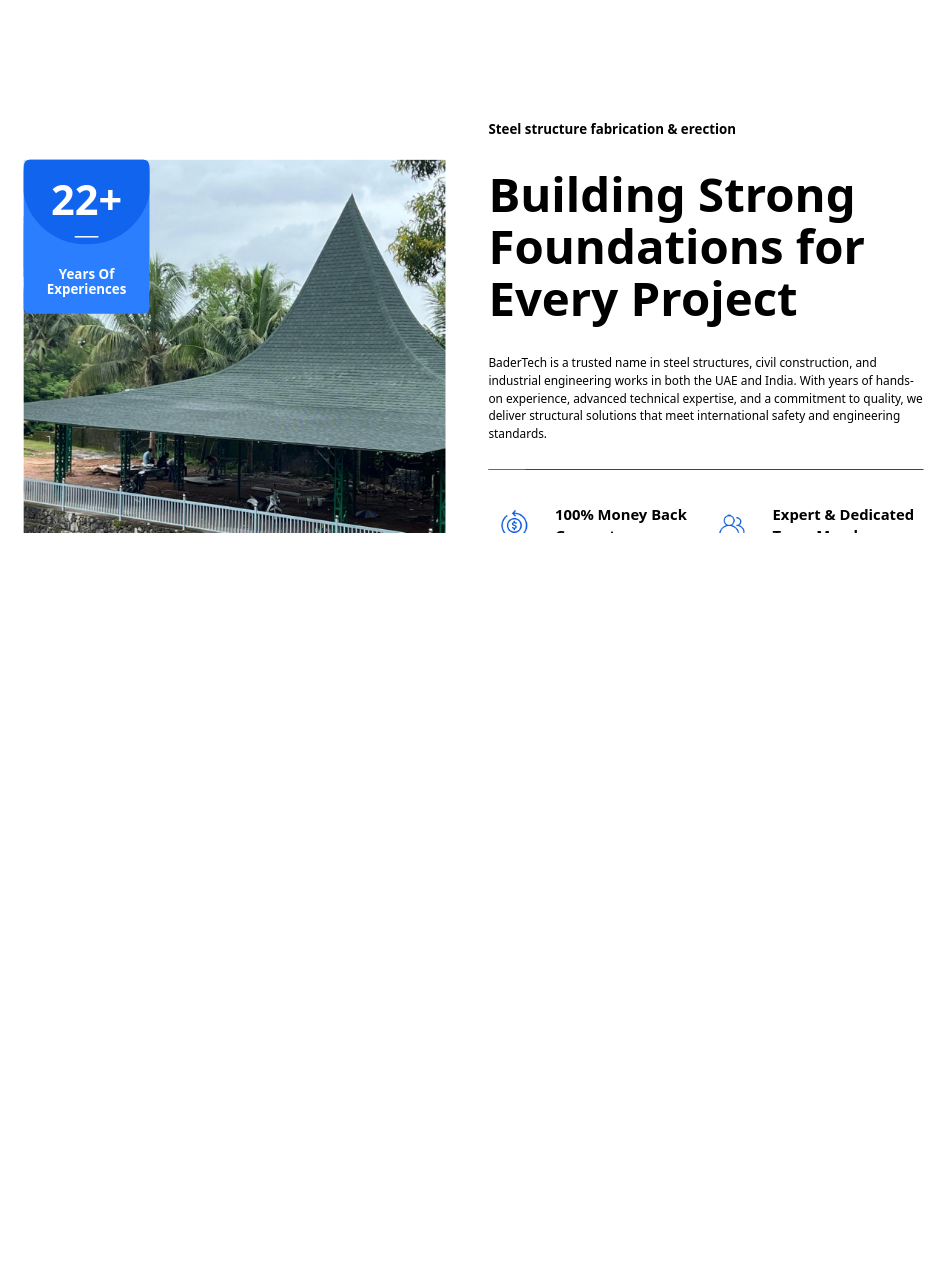
Repository: codenikin/uniquebader
Page: /awards
An editor plug-in stored every save of this project. The page is shown before and after the next save, followed by the edit.
The browser window is 1280 px wide. The pictures show the whole page, at 74% of full size.
The project was rebuilt for these pictures with package versions that can differ from the ones it lists, and the page was loaded fresh each time. The framework's server and built-in components were replaced by stand-ins that run in the browser. Also part of the build but not shown: next.config.mjs.

Above is the page before, as saved 2025-11-30 12:48:24.

### src/app/(frontend)/layout.tsx
import React from 'react'
// @ts-ignore: allow side-effect CSS import without type declarations
import './styles.css'
import { Providers } from '@/providers'
import { HeaderClient } from '../Header/component'

export const metadata = {
  description: 'A blank template using Payload in a Next.js app.',
  title: 'Payload Blank Template',
}

export default async function RootLayout(props: { children: React.ReactNode }) {
  const { children } = props

  return (
    <html lang="en">
      <body>
        <HeaderClient />
        <div id="smooth-wrapper">
          <div id="smooth-content">
            <Providers>{children}</Providers>
          </div>
        </div>
      </body>
    </html>
  )
}

### src/app/(frontend)/awards/page.tsx
import { Certificate } from '@/components/Certificate'
import Certificates from '@/components/CertificateZoom'
import FeatureSection from '@/components/FeatureSection'
export const dynamic = 'force-dynamic'
export default async function AwardPage() {
  return (
    <>
      <FeatureSection />
      <Certificate />
    </>
  )
}

### src/app/(frontend)/styles.css
@import 'tailwindcss';

.codenik {
  padding: 20px;
  position: relative;
  min-height: 100vh;
}
.unique {
  padding: 20px;
  position: relative;
  min-height: 100vh;
}
html,
body,
#app {
  height: 100%;
}

img {
  max-width: 100%;
  height: auto;
  display: block;
}

h1 {
  margin: 40px 0;
  font-size: 64px;
  line-height: 70px;
  font-weight: bold;

  @media (max-width: 1024px) {
    margin: 24px 0;
    font-size: 42px;
    line-height: 42px;
  }

  @media (max-width: 768px) {
    font-size: 38px;
    line-height: 38px;
  }

  @media (max-width: 400px) {
    font-size: 32px;
    line-height: 32px;
  }
}

p {
  margin: 24px 0;

  @media (max-width: 1024px) {
    margin: calc(var(--base) * 0.75) 0;
  }
}

a {
  color: currentColor;

  &:focus {
    opacity: 0.8;
    outline: none;
  }

  &:active {
    opacity: 0.7;
    outline: none;
  }
}

svg {
  vertical-align: middle;
}

.home {
  display: flex;
  flex-direction: column;
  justify-content: space-between;
  align-items: center;
  height: 100vh;
  padding: 45px;
  max-width: 1024px;
  margin: 0 auto;
  overflow: hidden;

  @media (max-width: 400px) {
    padding: 24px;
  }

  .content {
    display: flex;
    flex-direction: column;
    align-items: center;
    justify-content: center;
    flex-grow: 1;

    h1 {
      text-align: center;
    }
  }

  .links {
    display: flex;
    align-items: center;
    gap: 12px;

    a {
      text-decoration: none;
      padding: 0.25rem 0.5rem;
      border-radius: 4px;
    }

    .admin {
      color: rgb(0, 0, 0);
      background: rgb(1000, 1000, 1000);
      border: 1px solid rgb(0, 0, 0);
    }

    .docs {
      color: rgb(1000, 1000, 1000);
      background: rgb(0, 0, 0);
      border: 1px solid rgb(1000, 1000, 1000);
    }
  }

  .footer {
    display: flex;
    align-items: center;
    gap: 8px;

    @media (max-width: 1024px) {
      flex-direction: column;
      gap: 6px;
    }

    p {
      margin: 0;
    }

    .codeLink {
      text-decoration: none;
      padding: 0 0.5rem;
      background: rgb(60, 60, 60);
      border-radius: 4px;
    }
  }
}

### src/providers/index.tsx
import React from 'react'
import { ThemeLayoutAnimation } from './ThemeLayoutAnimation'

export const Providers: React.FC<{
  children: React.ReactNode
}> = ({ children }) => {
  return <ThemeLayoutAnimation>{children}</ThemeLayoutAnimation>
}

### src/app/Header/component.tsx
'use client'

export const HeaderClient: React.FC = () => {
  return (
    <header className="fixed top-0 left-0 right-0 w-full z-50 bg-white dark:bg-gray-900 shadow-lg transition-transform duration-300"></header>
  )
}

### src/components/Certificate.tsx
'use client'
import { useState } from 'react'

const certificate = [
  {
    title: 'Transportation',
    description:
      'Our transportation solutions help cities and companies improve safety, reduce congestion, and provide better services to their customers.',
    image: '/certificate/4-1.jpg',
    link: '/transportation',
  },
  {
    title: 'Critical Infrastructure',
    description:
      'Our solutions help protect critical infrastructure from cyber attacks and other threats, ensuring that essential services are always available.',
    image: '/certificate/5-1.jpg',
    link: '/Critical-Infrastructure/critical-infrastructure',
  },
  {
    title: 'Traffic',
    description:
      'Our traffic management solutions help reduce congestion, improve safety, and make transportation more efficient for everyone.',
    image: '/certificate/6.jpg',
    link: '/Traffic/traffic',
  },
]

export const Certificate: React.FC = (props) => {
  const [zoomedImage, setZoomedImage] = useState<string | null>(null)

  return (
    <section className="py-2 px-4 bg-white mt-32">
      <div className="max-w-7xl mx-auto">
        <h2 className="text-5xl font-anton text-center text-gray-900 mb-16 animate-fade-in relative">
          Our Certificates
          <span className="block w-24 h-1 bg-linear-to-r from-purple-500 to-pink-500 mx-auto mt-4"></span>
        </h2>

        <div className="grid grid-cols-1 md:grid-cols-2 lg:grid-cols-3 gap-10 mt-32 mb-32">
          {certificate.map((solution, index) => (
            <div
              key={index}
              className="group relative overflow-hidden rounded-xl shadow-2xl transform transition-all duration-500 hover:scale-105 hover:shadow-purple-500/25 cursor-pointer"
              onClick={() => setZoomedImage(solution.image)}
            >
              <div className="relative h-[600px] sm:h-[450px] w-full  rounded-b-2xl">
                <img
                  src={solution.image}
                  alt={solution.title}
                  className="w-full h-full object-contain transition-transform duration-700 group-hover:scale-102"
                />
                <div className="absolute inset-0 bg-blue-500 transparent opacity-5 group-hover:opacity-50 transition-opacity duration-500"></div>
              </div>
            </div>
          ))}
        </div>
      </div>

      {/* Zoom Modal */}
      {zoomedImage && (
        <div
          className="fixed inset-0 bg-black bg-opacity-75 flex items-center justify-center z-50 p-4"
          onClick={() => setZoomedImage(null)}
        >
          <div className="relative max-w-4xl max-h-[90vh] flex items-center justify-center">
            <img
              src={zoomedImage}
              alt="Zoomed certificate"
              className="max-w-full max-h-screen object-contain"
              onClick={(e) => e.stopPropagation()}
            />
            <button
              onClick={() => setZoomedImage(null)}
              className="absolute top-4 right-4 bg-white text-black rounded-full w-10 h-10 flex items-center justify-center text-2xl hover:bg-gray-200 transition"
            >
              ✕
            </button>
          </div>
        </div>
      )}
    </section>
  )
}

### src/components/FeatureSection.tsx
'use client'
import Link from 'next/link'
import aboutIcon from '/images/about-icon1.png'
import aboutIcon2 from '/images/about-icon2.png'
import aboutIcon3 from '/images/about-icon3.png'
import aboutIcon4 from '/images/about-icon4.png'
import aboutShape from '/images/about-shape.png'
import aboutShape2 from '/images/about-shape2.png'

import CountUp from 'react-countup'
import { GoArrowRight } from 'react-icons/go'

const FeatureSection = () => {
  return (
    <section className="mt-32 bg-BodyBg-0 bg-no-repeat bg-center bg-cover relative p-8">
      <div className="Container max-w-7xl mx-auto">
        <div className="grid grid-cols-1 lg:grid-cols-2 gap-10 md:gap-[92px] lg:gap-10 2xl:gap-[92px] items-center">
          <div className="relative z-10">
            <img src="/bader.png" draggable="false" />
            <div className="absolute top-0 left-0">
              <div className="bg-blue-500 pb-6 pt-5 flex flex-col justify-between overflow-hidden rounded-lg h-[117px] sm:h-[208px] lg:h-[180px] xl:h-[208px] w-[92px] sm:w-[170px] lg:w-[140px] xl:w-[170px] items-center text-center relative z-10 before:absolute before:top-1/2 before:-translate-y-1/2 before:left-1/2 before:-translate-x-1/2 before:w-0 sm:before:w-8 before:h-[2px] before:bg-white after:absolute after:-top-14 after:-left-[2px] after:w-0 sm:after:w-[174px] after:h-[170px] after:bg-[#1164ED] after:-z-10 after:rounded-full">
                <CountUp
                  start={-9}
                  end={22}
                  suffix="+"
                  className="text-3xl sm:text-[56px] font-Rajdhani font-bold text-white"
                />
                <h6 className="font-Rajdhani text-sm leading-4 sm:text-lg sm:leading-5 font-semibold text-white">
                  Years Of <br /> Experiences
                </h6>
              </div>
            </div>
            <img
              src="/about-shape.png"
              draggable="false"
              className="absolute bottom-6 right-10 -z-10 animate-movebtn hidden sm:block"
            />
          </div>
          <div className="relative">
            <h5 className="font-Rajdhani text-lg font-semibold text-PrimaryColor-0">
              Steel structure fabrication & erection
            </h5>
            <h1 className="font-Rajdhani font-bold text-xl leading-7 sm:text-[34px] sm:leading-[44px] md:text-[44px] md:leading-[54px] lg:text-[30px] lg:leading-[40px] xl:text-[36px] xl:leading-[46px] 2xl:text-[42px] 2xl:leading-[52px] text-HeadingColor-0 mt-[18px] mb-3">
              Building Strong <br />
              Foundations for Every Project
            </h1>
            <p className="font-Nunito text-TextColor2-0 pb-9 border-b border-BorderColor2-0 relative before:absolute before:left-0 before:-bottom-px before:w-[50px] before:h-px before:bg-blue-500 animate-dance4">
              BaderTech is a trusted name in steel structures, civil construction, and industrial
              engineering works in both the UAE and India. With years of hands-on experience,
              advanced technical expertise, and a commitment to quality, we deliver structural
              solutions that meet international safety and engineering standards.
            </p>
            <div className="grid grid-cols-1 sm:grid-cols-2 gap-y-[30px] my-10">
              <div className="flex gap-5 items-center">
                <div className="w-[70px] h-[70px] rounded bg-white flex justify-center items-center">
                  <img src="/about-icon1.png" draggable="false" />
                </div>
                <div className="flex-1">
                  <h5 className="font-Rajdhani font-semibold text-[22px] lg:text-base xl:text-xl 2xl:text-[22px] text-HeadingColor-0">
                    100% Money Back Gaurentee
                  </h5>
                </div>
              </div>
              <div className="flex gap-5 items-center">
                <div className="w-[70px] h-[70px] rounded bg-white flex justify-center items-center">
                  <img src="about-icon2.png" draggable="false" />
                </div>
                <div className="flex-1">
                  <h5 className="font-Rajdhani font-semibold text-[22px] lg:text-base xl:text-xl 2xl:text-[22px] text-HeadingColor-0">
                    Expert & Dedicated Team Members
                  </h5>
                </div>
              </div>
              <div className="flex gap-5 items-center">
                <div className="w-[70px] h-[70px] rounded bg-white flex justify-center items-center">
                  <img src="about-icon3.png" draggable="false" />
                </div>
                <div className="flex-1">
                  <h5 className="font-Rajdhani font-semibold text-[22px] lg:text-base xl:text-xl 2xl:text-[22px] text-HeadingColor-0">
                    24/7 Free Tehcnical Supports
                  </h5>
                </div>
              </div>
              <div className="flex gap-5 items-center">
                <div className="w-[70px] h-[70px] rounded bg-white flex justify-center items-center">
                  <img src="about-icon4.png" draggable="false" />
                </div>
                <div className="flex-1">
                  <h5 className="font-Rajdhani font-semibold text-[22px] lg:text-base xl:text-xl 2xl:text-[22px] text-HeadingColor-0">
                    100% Customers Satisfaction
                  </h5>
                </div>
              </div>
            </div>
            {/* <Link href={'/about'}>
              <button className="primary-btn">
                {`Discover More`}
                <GoArrowRight size={'22'} />
              </button>
            </Link>
            <img
              src="/about-shape2.png"
              draggable="false"
              className="absolute bottom-0 left-1/2 animate-swing hidden sm:block"
            /> */}
          </div>
        </div>
      </div>
    </section>
  )
}

export default FeatureSection

### src/providers/ThemeLayoutAnimation/index.tsx
'use client'
import { useEffect, useState, createContext } from 'react'
import { usePathname } from 'next/navigation'
import { ScrollAnimation } from '@/common/scrollAnimation'
import type { ThemeLayoutAnimationContextType } from './types'

const initialContext: ThemeLayoutAnimationContextType = {
  setSettings: () => null,
  settings: undefined,
}

const BasicContext = createContext(initialContext)
export const ThemeLayoutAnimation = ({ children }: { children: React.ReactNode }) => {
  const router = usePathname()
  const [settings, setSettings] = useState(null)

  useEffect(() => {
    const timeout = setTimeout(() => {
      ScrollAnimation()
    }, 100)

    return () => clearTimeout(timeout)
  }, [])

  useEffect(() => {
    ScrollAnimation()
  }, [router])

  return (
    <>
      <BasicContext value={{ setSettings, settings }}>{children}</BasicContext>
    </>
  )
}

### src/common/scrollAnimation.js
import { gsap } from 'gsap'
import ScrollTrigger from 'gsap/ScrollTrigger'
import ScrollSmoother from 'gsap/ScrollSmoother'
import ScrollToPlugin from 'gsap/ScrollToPlugin'

export const ScrollAnimation = () => {
  gsap.registerPlugin(ScrollTrigger, ScrollSmoother, ScrollToPlugin)

  ScrollSmoother.create({
    smooth: 1,
    effects: true,
    smoothTouch: 0.1,
  })

  const codenikSection = document.querySelector('.codenik')
  if (codenikSection) {
    let animatedBg = document.getElementById('codenik-animated-bg')
    if (!animatedBg) {
      animatedBg = document.createElement('div')
      animatedBg.id = 'codenik-animated-bg'
      animatedBg.style.cssText = `
      position: absolute;
      top: 0;
      left: 0;
      width: 100%;
      height: 100%;
      background: linear-gradient(45deg,rgba(21, 19, 19, 255) 0%,rgba(21, 19, 19, 255) 100%);
      z-index: -1;
      clip-path: polygon(100% 0%, 100% 0%, 100% 100%, 150% 100%);
    `
      codenikSection.appendChild(animatedBg)
    }

    // Setup container
    codenikSection.style.position = 'relative'
    codenikSection.style.minHeight = '100vh'
    codenikSection.style.backgroundColor = 'transparent'

    // Select all text elements
    const textElements = codenikSection.querySelectorAll('h1, h2, h3, h4, h5, h6, p, span, a, div')

    // Add transition to text elements
    textElements.forEach((el) => {
      if (el instanceof HTMLElement) {
        el.style.transition = 'color 0.2s ease'
        el.style.color = '#191717ff' // Initial color
      }
    })

    gsap.registerPlugin(ScrollTrigger)

    const tl = gsap.timeline({
      scrollTrigger: {
        trigger: codenikSection,
        start: 'top center',
        end: 'top top',
        scrub: 1,
        markers: false,
        onUpdate: (self) => {
          // Get the current position of the dark background
          const bgRect = animatedBg.getBoundingClientRect()
          const bgLeftEdge = bgRect.left

          // Check each text element against the background position
          textElements.forEach((el) => {
            if (el instanceof HTMLElement) {
              const elementRect = el.getBoundingClientRect()
              const elementCenter = elementRect.left + elementRect.width / 2

              // If background has passed over this element
              if (elementCenter > bgLeftEdge) {
                gsap.to(el, {
                  color: '#000000',
                  duration: 0.2,
                })
              } else {
                gsap.to(el, {
                  color: '#000000',
                  duration: 0.2,
                })
              }
            }
          })
        },
      },
    })
    tl.to('#codenik-animated-bg', {
      clipPath: 'polygon(-100% 0%, 100% 0%, 100% 100%, -25% 100%)',
      duration: 1,
      ease: 'none',
    })
  }
  const aboutSection = document.querySelector('.unique')
  if (aboutSection) {
    // Set initial styles
    aboutSection.style.position = 'relative'
    aboutSection.style.minHeight = '100vh'
    aboutSection.style.background = 'linear-gradient(45deg,rgb(21, 19, 19) 0%,rgb(20, 26, 20) 100%)'

    const textElements = aboutSection.querySelectorAll(
      'p, h2,h3, .unique-text, .unique-text-sm, .unique-text-md, a',
    )

    // Set initial text color to white
    textElements.forEach((el) => {
      el.style.color = '#000000'
      if (el.tagName.toLowerCase() === 'a') {
        el.style.transition = 'color 0.3s ease'
      }
    })

    // Create timeline for scroll-based animation
    const tl = gsap.timeline({
      scrollTrigger: {
        trigger: aboutSection,
        start: 'top center', // Start when top of section hits center
        end: 'center center', // End when center of section hits center
        scrub: 1,
        markers: false,
        toggleActions: 'play none none reverse',
        onUpdate: (self) => {
          const progress = self.progress
          const textColor = progress >= 0.5 ? '#000000' : '#ffffff'
          textElements.forEach((el) => {
            gsap.to(el, {
              color: textColor,
              duration: 0.1,
            })
          })
        },
      },
    })

    // Single color transition at 50% scroll
    tl.to('.unique', {
      background: '#ffffff',
      duration: 1,
      ease: 'power2.inOut',
    })
  }
}

After the next save:
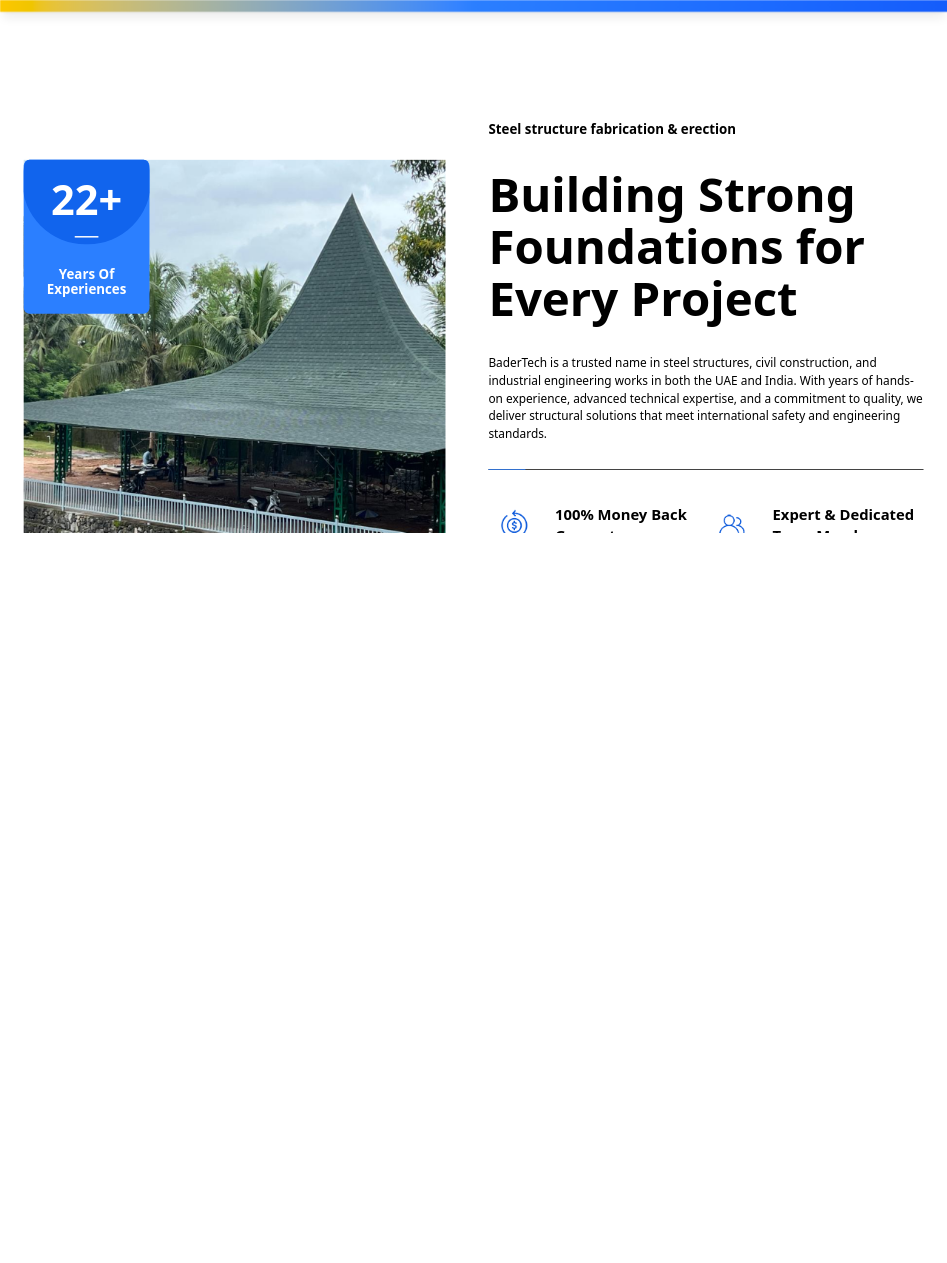
Saved 91 s later.
--- a/src/app/Header/component.tsx
+++ b/src/app/Header/component.tsx
@@ -2,6 +2,8 @@
 
 export const HeaderClient: React.FC = () => {
   return (
-    <header className="fixed top-0 left-0 right-0 w-full z-50 bg-white dark:bg-gray-900 shadow-lg transition-transform duration-300"></header>
+    <header className="fixed top-0 left-0 right-0 w-full z-50 bg-white dark:bg-gray-900 shadow-lg transition-transform duration-300">
+      <div className="w-full bg-linear-to-r from-yellow-400 via-blue-500 to-blue-600 text-white py-2"></div>
+    </header>
   )
 }
